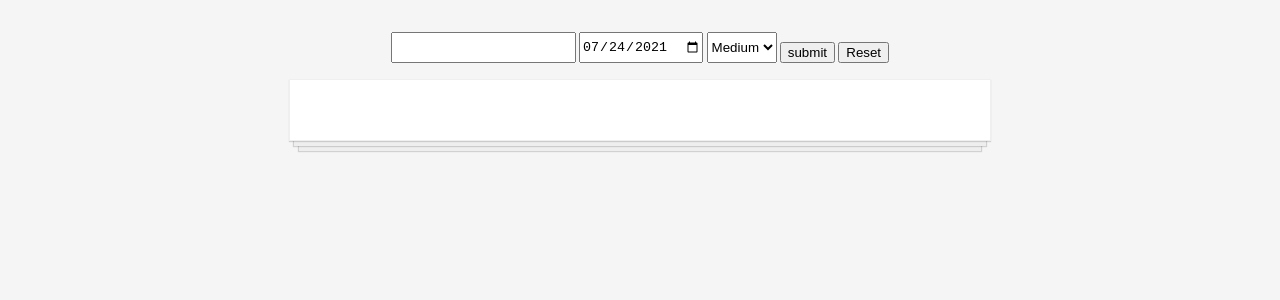
Repository: 0101chaitanya/react-todo
Page: /
An editor plug-in stored every save of this project. The page is shown before and after the next save, followed by the edit.
The browser window is 1280 px wide. The pictures show the whole page.
The project was rebuilt for these pictures with package versions that can differ from the ones it lists, and the page was loaded fresh each time. Also part of the build but not shown: src/components/TodoItem.js.

Above is the page before, as saved 2021-07-24 16:36:36.

After the next save:
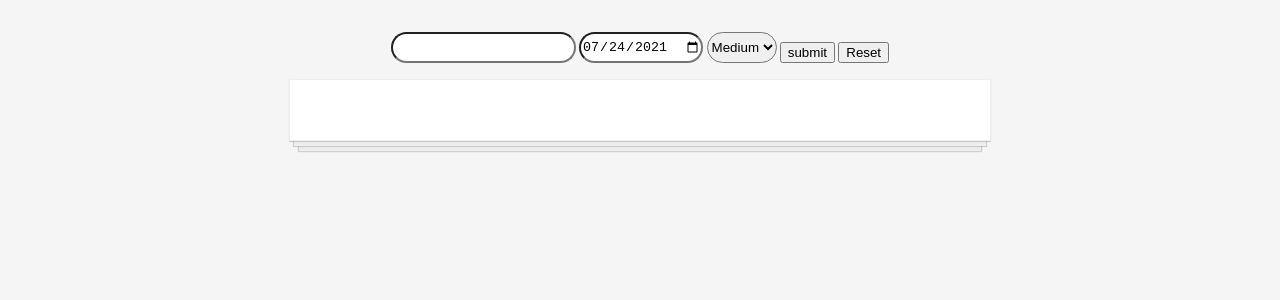
Saved 13 s later.
--- a/src/App.css
+++ b/src/App.css
@@ -50,5 +50,7 @@ input[type="checkbox"]:focus {
   margin-bottom: 3rem;
   grid-auto-flow: column;
   grid-gap: 0.2rem;
+}
+.input-form > * {
   border-radius: 1rem;
 }
